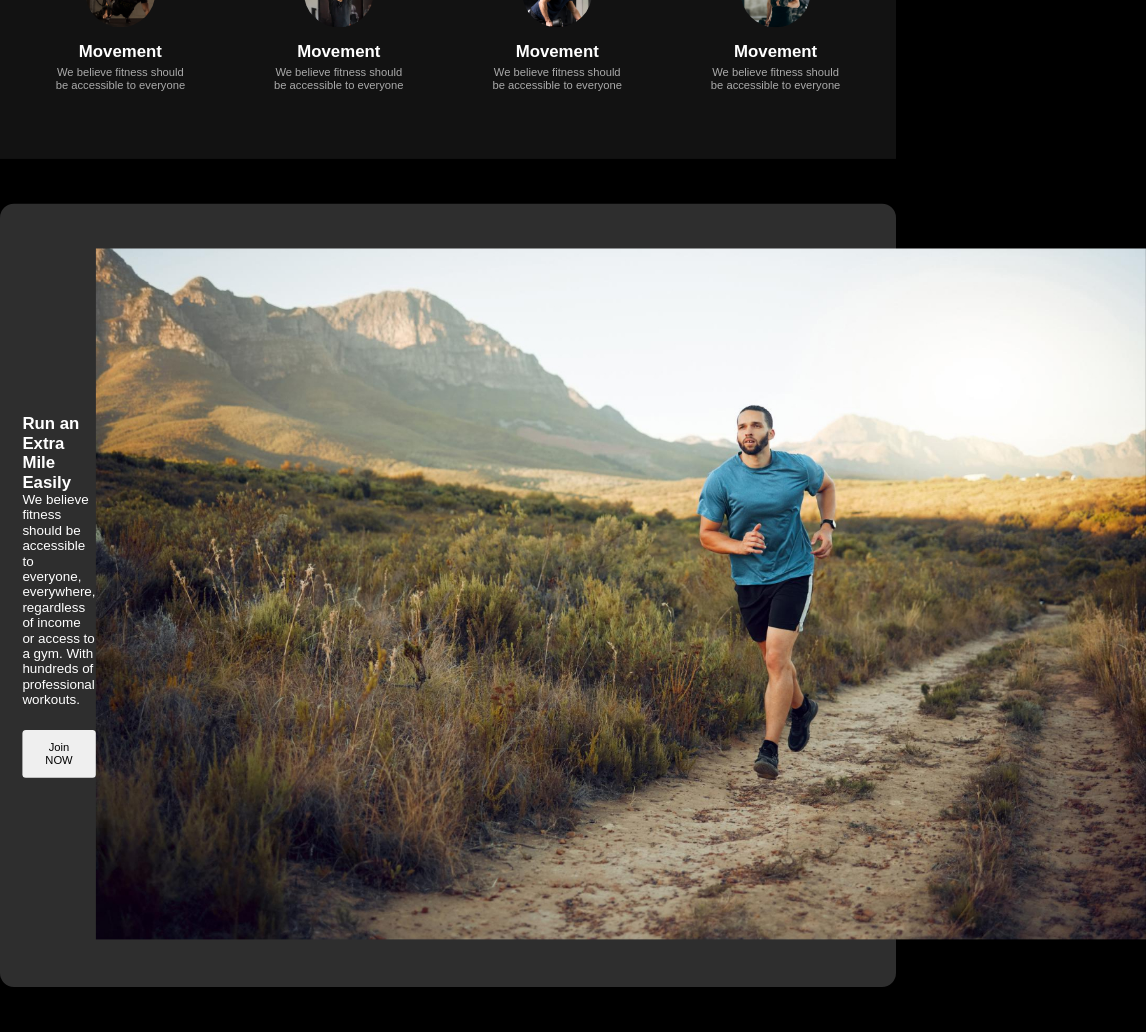
Repository: Aminul-Islam85/Assignment-2
Page: index.html
These files come from the project's save history. The page is drawn as it stood at one moment and after the next save; the edit follows.
The browser window is 1280 px wide. The page is 1637 px wide, so the pictures cover 1637 px, including what lies to the right of the window. The pictures show the part of the page from y = 580 to 2100 px (the page is 2054 px tall before and 2100 px after), at 70% of full size.

Above is the page before, as saved 2024-10-23 15:42:25.

### index.html
<!DOCTYPE html>
<html lang="en">
<head>
    <meta charset="UTF-8">
    <meta name="viewport" content="width=device-width, initial-scale=1.0">
    <title>Fitness Website</title>
    <link rel="stylesheet" href="styles.css">
</head>
<body>

    <nav class="navbar">
        <h1 class="heading-text"></a>Fitness</h1>
        <ul class="nav-links">
            <li><a href="#"></a>Home</li>
            <li><a href="#"></a>Service</li>
            <li><a href="#"></a>Contact</li>
            <li><a href="#"></a>About</li>
        </ul>
        <div class="hamburger">
            <span></span>
            <span></span>
            <span></span>
        </div>
    </nav>

    <section class="hero">
        <div class="hero-content">
            <h1>Get Body in <span class="highlighted">shape</span> & stay healthy</h1>
            <p>A huge selection of health and fitness content, healthy recipes and transformation stories to help you get fit and stay fit!</p>
            <div class="hero-buttons">
                <button class="cta-btn join-btn"> Join Club Now</button>
                <button cta-btn download-btn>Download App</button>
            </div>
        </div>
        <div class="hero-image">
            <img src="images/image 5.png" alt="Trainer">
        </div>

        <div class="info-card workout-card">500+<br>Free Workout Videos</div>
        <div class="info-card tutorial-card">350+<br>Video Tutorials</div>
    </section>

    <section class="habits">
        <h1>Change Your Habits</h1>
        <p>We believe fitness should be accessible to everyone, everywhere, regardless of income or access to a gym.</p>
        <div class="habits-gallery">
            <div class="habit-item">
                <img src="images/image 3.png" alt="Movement">
                <h3>Movement</h3>
                <p>We believe fitness should be accessible to everyone</p>
            </div>
            <div class="habit-item">
                <img src="images/image 2.png" alt="Time">
                <h3>Movement</h3>
                <p>We believe fitness should be accessible to everyone</p>
            </div>
            <div class="habit-item">
                <img src="images/image 4.png" alt="Practice">
                <h3>Movement</h3>
                <p>We believe fitness should be accessible to everyone</p>
            </div>
            <div class="habit-item">
                <img src="images/image 5.png" alt="Wait Loss">
                <h3>Movement</h3>
                <p>We believe fitness should be accessible to everyone</p>
            </div>
        </div>

    </section>

    <section class="extra-mile">
        <div class="extra-mile-content">
            <h2>Run an Extra Mile Easily</h2>
            <p>We believe fitness should be accessible to everyone, everywhere, regardless of income or access to a gym. With hundreds of professional workouts.</p>
            <button class="cta-btn extra-mile-btn">Join NOW</button>
        </div>
        <div class="extra-mile-image">
            <img src="images/run.jpg" alt="Run Image">
        </div>
    </section>


</body>
</html>

### styles.css
/*Global Styles*/
* {
    margin: 0;
    padding: 0;
    box-sizing: border-box;
}

body {
    font-family: 'Arial', sans-serif;
    background-color: black;
    color: #fff;
}

/*Navbar*/
.navbar {
    display: flex;
    justify-content: space-between;
    align-items: center;
    padding: 1 rem 2 rem;
    background-color: transparent;
}

.heading-text {
    font-size: 1.5rem;
    color: #ff5e00;
}

/*nav-link hidden in moble*/
.nav-links {
    list-style: none;
    display: flex;
    gap: 2rem;
}

.nav-links a {
    color: #fff;
    text-decoration: none;
    font-size: 1rem;
}

/*Hamburger menu hidden in desktop*/
.hamburger {
    display: none;
    flex-direction: column;
    cursor: pointer;
}

.hamburger span {
    width: 25px;
    height: 3px;
    background-color: #fff;
    margin: 4px;
    transition: 0.3s;
}

/*responsiveness*/

@media (max-width: 768) {
    .nav-links {
        display: none;
    }
    .hamburger {
        display: flex;
    }
    /*hamburger clicked show nav-links*/
    .navbar.active .nav-links {
        display: flex;
        flex-direction: column;
        position: absolute;
        top: 60px;
        right: 0;
        background-color: #12121212;
        width: 100%;
        height: auto;
        text-align: center;
        padding: 1rem;
    }
    .nav-links li {
        margin: 1rem 0;
    }
}

/* Hero section*/
.hero {
    display: flex;
    justify-content: space-between;
    align-items: center;
    padding: 4rem 2rem;
    background-color: #121212;
    position: relative;
}
.hero-content {
    max-width: 50%;
}

.hero h1 {
    font-size: 3rem;
    line-height: 1.2;
    margin-bottom: 1rem;
}

.hero.highlighted {
    font-style: italic;
    font-weight: 700;
    color: #ff5e00;
}

hero p {
    font-size: 1.2rem;
    margin-bottom: 2rem;
}

.hero-buttons {
    display: flex;
    gap: irem;
}

.cta-btn {
    padding: 1rem 2rem;
    font-size: 1rem;
    border: none;
    border-radius: 5px;
    cursor: pointer;
}

.join.btn {
    background-color: #ff5e00;
    color: #fff;
}

.download-btn {
    background-color: transparent;
    border: 2px solid #fff;
    color: #fff;
}

.hero-image img {
    max-width: 100%;
    height: auto;
}

/*Info Cards*/
.info-card {
    position: absolute;
    background-color: #2e2e2e;
    color: white;
    border-radius: 8px;
    padding: 1re 1.5rem;
    font-size: 1.2rem;
    font-weight: bold;
    text-align: center;
}

.workout-card {
    top: 30%;
    right: 10%;
}

.tutorial-card {
    top: 60%;
    left: 55%;
}

/*Hero reponsive for mobile*/
@media (max-width: 768px) {
.hero {
    flex-direction: column;
    text-align: center;
}
.hero-content {
    max-width: 100%;
    margin-bottom: 2rem;
}
.hero-image img {
    max-width: 100%;
    height: auto;
}
.info-card {
    font-size: 1rem;
    padding: 0.75rem 1 rem;
    position: relative;
    margin: 1rem auto;
    width: auto;
}
.workout-card, .tutorial-card {
    top: auto;
    left: auto;
    right: auto;
    transform: none;
    margin-bottom: 1rem;
 }
}

/*Hero Buttons on mobile*/
@media (max-width:480px) {
    .hero-buttons {
        flex-direction: column;
        gap: 1rem;
    }
    .cta-btn {
        width: 100%;
    }
}

/*Change habit section*/
.habits {
    padding: 4rem 2rem;
    text-align: center;
    background-color: #121212;
}

.habits h2 {
    font-size: 2.5rem;
    margin-bottom: 1rem;
}

.habits p {
    font-size: 1.2rem;
    margin-bottom: 2rem;
}

.habits-gallery {
    display: flex;
    justify-content: space-around;
    align-items: center;
    flex-wrap: wrap;
    gap: 2rem;
}

.habit-item {
    text-align: center;
    max-width: 200px;
}

.habit-item img {
    width: 100px;
    height: 100px;
    border-radius: 50%;
    margin-bottom: 1rem;
}

.habit-item h3 {
    font-size: 1.5rem;
    margin-bottom: 0.5rem;
}
.habit-item p {
    font-size: 1rem;
    color: #aaa;
}

/*Extra mile section*/
.extra-mile {
    display: flex;
    justify-content: space-between;
    align-items: center;
    background-color: #2e2e2e;
    padding: 4rem 2rem;
    border-radius: 20px;
    margin: 4rem 0;
}

.extra-mile-content {
    max-width: 50%;
}
extra-mile h2 {
    font-size: 2.5rem;
    margin-bottom: 1rem;
}
.extra-mile p {
    font-size: 1.2rem;
    margin-bottom: 2rem;
}
.extra-mile btn {
    background-color: #ff5e00;
    color: white;
    border: none;
    padding: 1rem 2rem;
    border-radius: 5px;
    cursor: pointer;
}
.extra-mile image img {
    border-radius: 10px;
    max-width: 100%;
}
/*Footer*/
footer {
    text-align: center;
    padding: 1rem;
    background-color: #333;
    color: #fff;
    margin-top: 2rem;
}
/*responsive design*/
@media (max-width: 768px) {
    .hero h1 {
        font-size: 2rem;
    }
    .hero p {
        font-size: 1rem;
    }
    .extra-mile {
        flex-direction: column;
        text-align: center;
    }
    .extra-mile-content, .extra-mile-image {
        max-width: 100%;
    }
}

@media (max-width: 480px) {
    hero h1 {
        font-size: 1.5rem;
    }
    .hero p {
        font-size: 0.9rem;
    }
}

/* Trainings and Exercise*/
.trainings-exercises {
    padding: 4rem 2rem;
    text-align: center;
    background-color: #121212;
}

.trainings-exercises h2 {
    font-size: 2.5rem;
    margin-bottom: 1rem;
}
.trainings-exercises p {
    font-size: 1.2rem;
    margin-bottom: 2rem;
    color: #aaa;
}
.exercise-gallery {
    display: grid;
    grid-template-columns: repeat(3, 1fr);
    gap: 1rem;
}
.exercise-item {
    position: relative;
}
.exercise-item img {
    width: 100%;
    height: auto;
    border-radius: 10px;
}
.exercise-overlay {
    position: absolute;
    top: 0;
    left: 0;
    width: 100%;
    height: 100%;
    background-color: rgba(0, 0, 0, 0.5);
    color: white;
    display: flex;
    justify-content: center;
    align-items: center;
    opacity: 0;
    transition: opacity 0.3s ease;
    border-radius: 10px;
}
.exercise-item:hover .exercise-overlay {
    opacity: 1;
}
.exercise-overlay p {
    font-size: 1.2rem;
    text-align: center;
}

/*BMI*/
.bmi-calculator {
    background-color: #121212;
    padding: 4rem 2rem;
}
.bmi-title {
    text-align: center;
    margin-bottom: 2rem;
}
.bmi-title h2 {
    font-size: 2.5rem;
    margin-bottom: 1rem;
    color: #fff;
}
.bmi-title p {
    font-size: 1.2rem;
    color: #aaa;
}

/*calculator*/
.bmi-content {
    display: flex;
    justify-content: space-between;
    align-items: flex-start;
    background-color: #121212;
    padding: 2rem;
    border-radius: 20px;
}
.bmi-chart {
    flex: 1;
    margin-right: 2rem;
}
.bmi-chart h3 {
    color:#fff;
    margin-bottom: 1rem;
}
.bmi-chart table {
    width: 100%;
    border-collapse: collapse;
}
.bmi-chart table th, .bmi-chart table td {
    padding: 1rem;
    text-align: left;
    border: 1px solid #fff;
    color: #fff;
}
.bmi-form {
    flex: 1;
}
bmi-form h3 {
    color: #fff;
    margin-bottom: 1rem;
}
bmi-form p {
    margin-bottom: 2rem;
    color: #aaa;
}
.bmi-form input, .bmi-form select {
    width: 100%;
    padding: 1rem;
    margin-bottom: 1rem;
    border-radius: 5px;
    border: none;
    background-color: #333;
    color: #fff;
}
.bmi-form select {
    cursor: pointer;
}
.bmi-form, .calculate-btn {
    width: 100%;
    padding: 1rem 2rem;
    border-radius: 5px;
    border: none;
    background-color: #ff5e00;
    color: white;
    cursor: pointer;
    text-align: center;
}

/*responsiveness*/
@media (max-width: 768px) {
    .bmi-content {
        flex-direction: column;
    }
    .bmi-chart {
        margin-right: 0;
        margin-bottom: 2rem;
    }
}

/*Meet our team*/
.team-selection {
    background-color: #121212;
    padding: 4rem 2rem;
}
.team-title {
    text-align: center;
    margin-bottom: 2rem;
}
.team-title h2 {
    font-size: 2.5rem;
    margin-bottom: 1rem;
    color: #fff;
}
.team-title p {
    font-size: 1.2rem;
    color: #aaa;
}

/*Team-content*/
.team-content {
    display: grid;
    grid-template-columns: repeat(3,1fr);
    gap: 1.5rem;
    background-color: #2e2e2e;
    padding: 2rem;
    border-radius: 20px;
}
.team-member {
    position: relative;
    border-radius: 10px;
    overflow: hidden;
}
.team-member img {
    width: 100%;
    height: auto;
    border-radius: 10px;
}
.team-overlay {
    position: absolute;
    bottom: 0;
    left: 0;
    width: 100%;
    background-color: rgba(0, 0, 0, 0.5);
    color: white;
    padding: 1rem;
    text-align: center;
    transition: background-color 0.3s ease;
}
.team-member:hover .team-overlay {
    background-color: rgba(0, 0, 0, 0.7);
}
.team-overlay h3 {
    margin: 0;
    font-size: 1.2rem;
}
.team-overlay p {
    margin: 0.5rem 0 0;
    font-size: 0.9rem;
}

/*responsive design*/
@media (max-width: 768px) {
    .team.content {
        grid-template-columns: repeat(2, 1fr);
    }
}

@media (max-width: 480px) {
    .team.content {
        grid-template-columns: 1fr;
    }
}

/*footer section*/
.footer-section {
    background-color: #2e2e2e;
    padding: 4rem 2rem;
    color: #fff;
}
.footer-content {
    display: flex;
    justify-content: space-between;
    align-items: flex-start;
    margin-bottom: 2rem;
}
.footer-logo {
    font-size: 2.5rem;
    color: #ff5e00;
}
.footer-content p {
    max-width: 300px;
    color: #aaa;
}
.footer-links {
    display: flex;
    flex-direction: column;
}
.footer-links h3 {
    margin-bottom: 1rem;
}
.footer-links ul {
    list-style: none;
    padding: 0;
}
.footer-links li {
    margin-bottom: 0.5rem;
}
.footer-links a {
    color: #fff;
    text-decoration: none;
    transition: 0.3s ease;
}
.footer-links a:hover {
    color: #ff5e00;
}
.footer-bottom {
    text-align: center;
    padding-top: 1rem;
    border-top: 1px solid #444;
    color: #aaa;
}

/*rensiveness*/
@media (max-width: 768px) {
    .footer-content {
        flex-direction: column;
        text-align: center;
    }
    .footer-links {
        margin-top: 2rem;
    }
}

After the next save:
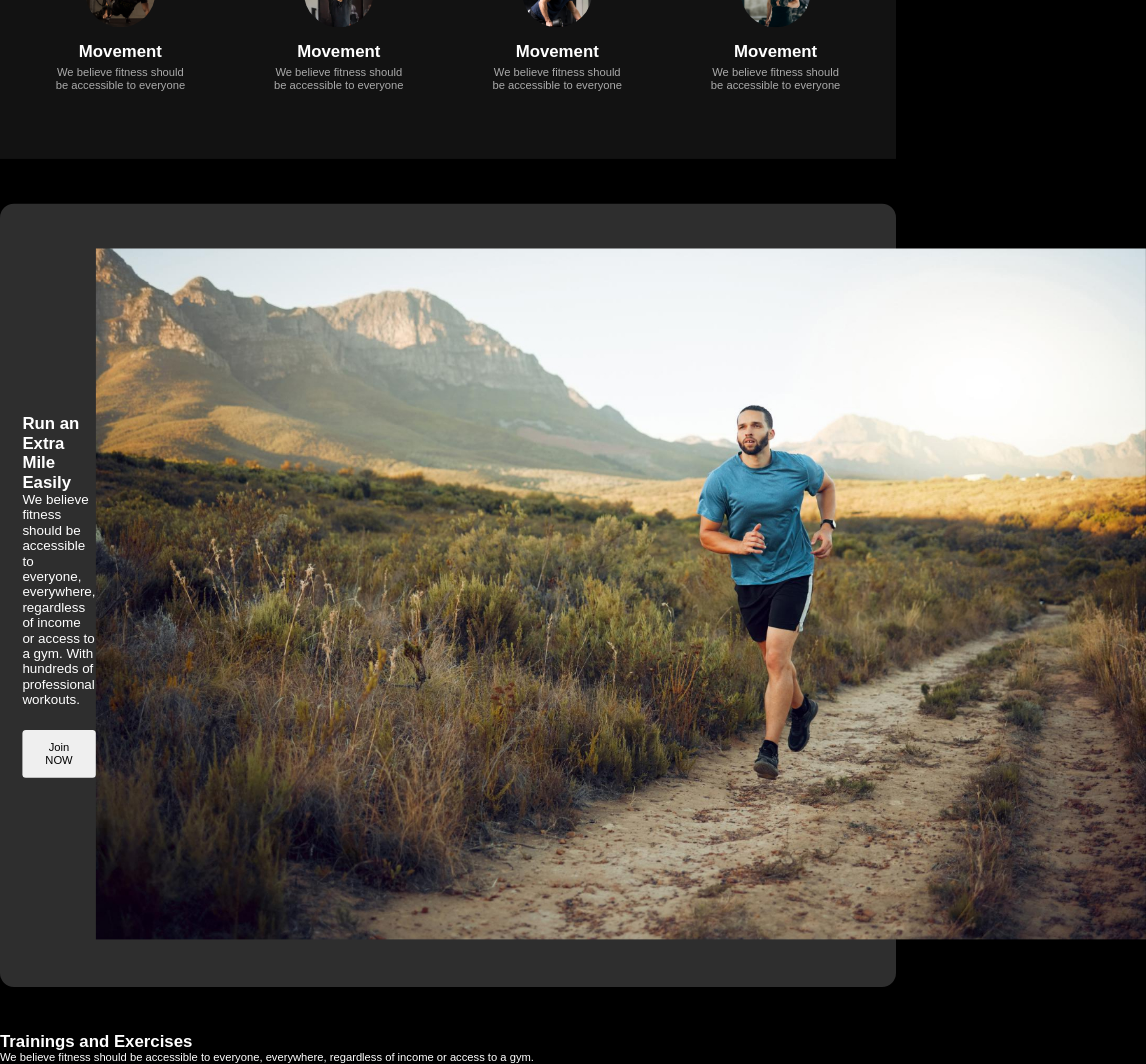
Saved 107 s later.
--- a/index.html
+++ b/index.html
@@ -79,6 +79,11 @@
         </div>
     </section>
 
+    <section trainings-exercises>
+        <h2>Trainings and Exercises</h2>
+        <p>We believe fitness should be accessible to everyone, everywhere, regardless of income or access to a gym.</p>
+    </section>
+
 
 </body>
 </html>
